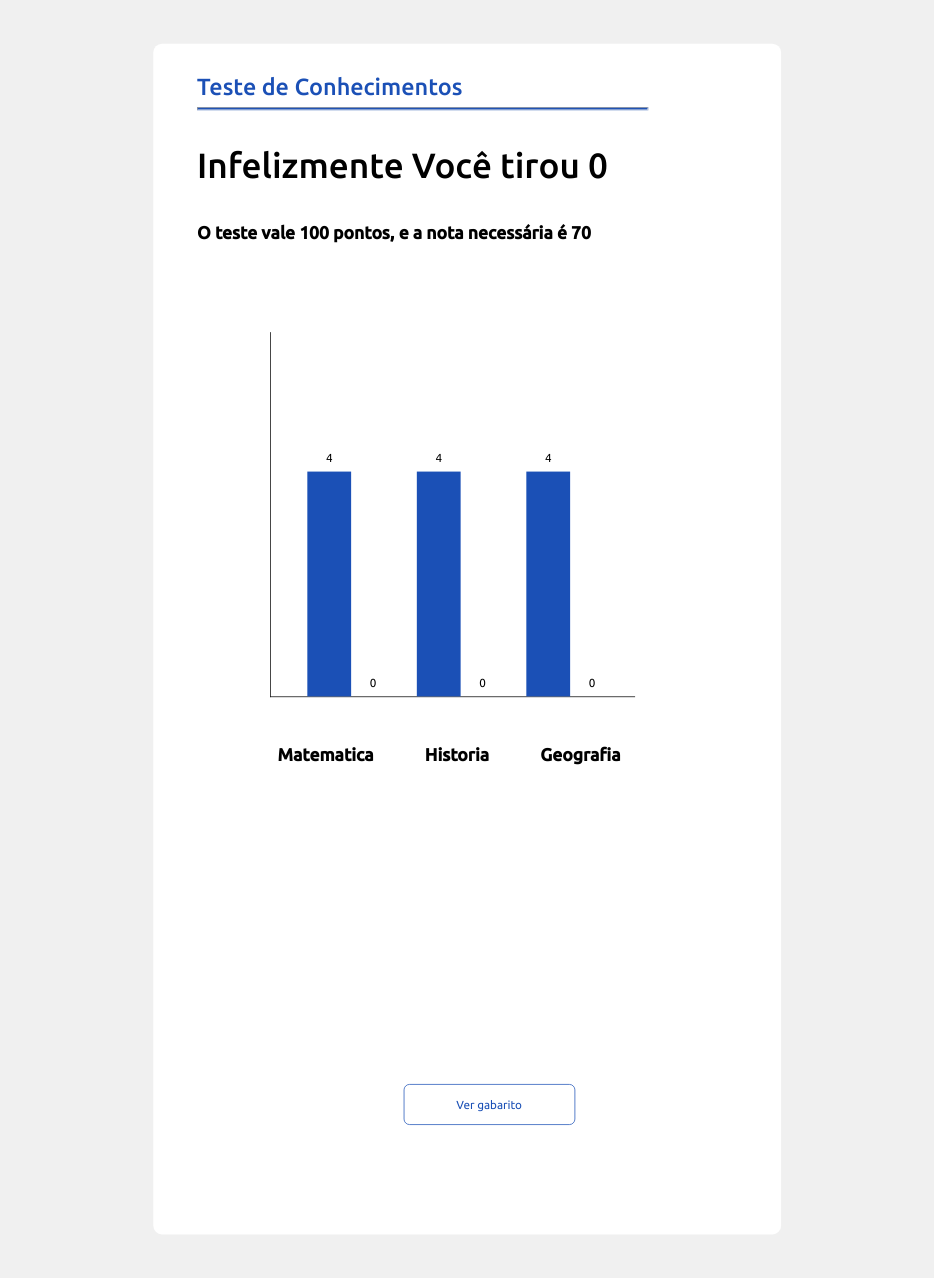
Repository: Delei09/desafioPerguntas
Page: /resultado (app in frontend/)
These files come from the project's save history. The page is drawn as it stood at one moment and after the next save; the edit follows.
The browser window is 1280 px wide. The pictures show the whole page, at 73% of full size.
The project was rebuilt for these pictures with package versions that can differ from the ones it lists, and the page was loaded fresh each time. A package was used in the major version that the imports need, not the one package.json lists. Also part of the build but not shown: frontend/src/styles/home.scss, frontend/src/page/Home.tsx, frontend/src/styles/gabarito.scss, frontend/src/page/Gabarito.tsx.

Above is the page before, as saved 2021-08-19 16:09:14.

After the next save:
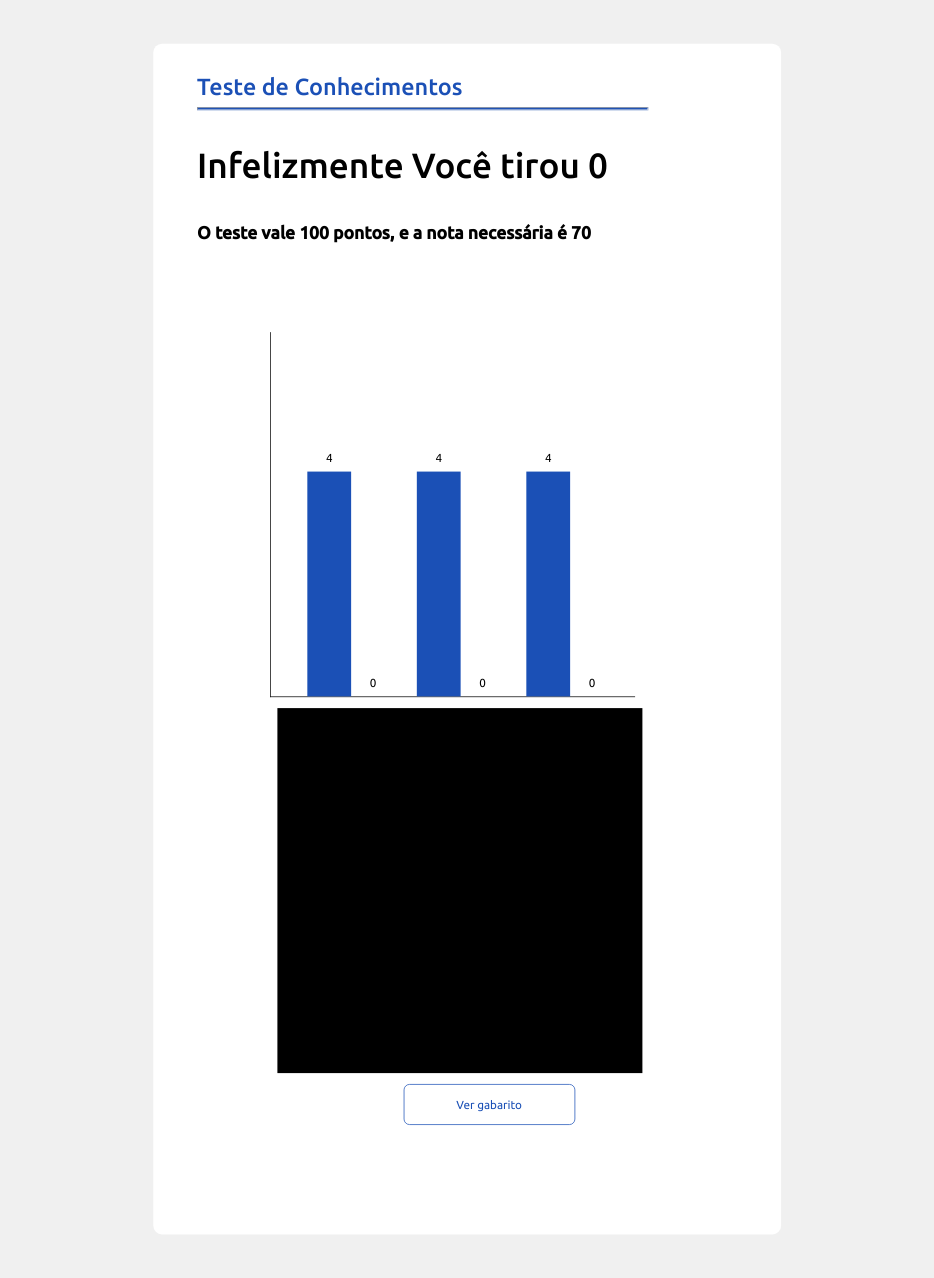
Saved 51 s later.
--- a/frontend/src/styles/resultado.scss
+++ b/frontend/src/styles/resultado.scss
@@ -69,4 +69,6 @@
   height: 500px;
   margin-left: 110px;
   gap: 70px;
+  background: #000000;
+
 }

After the save that followed:
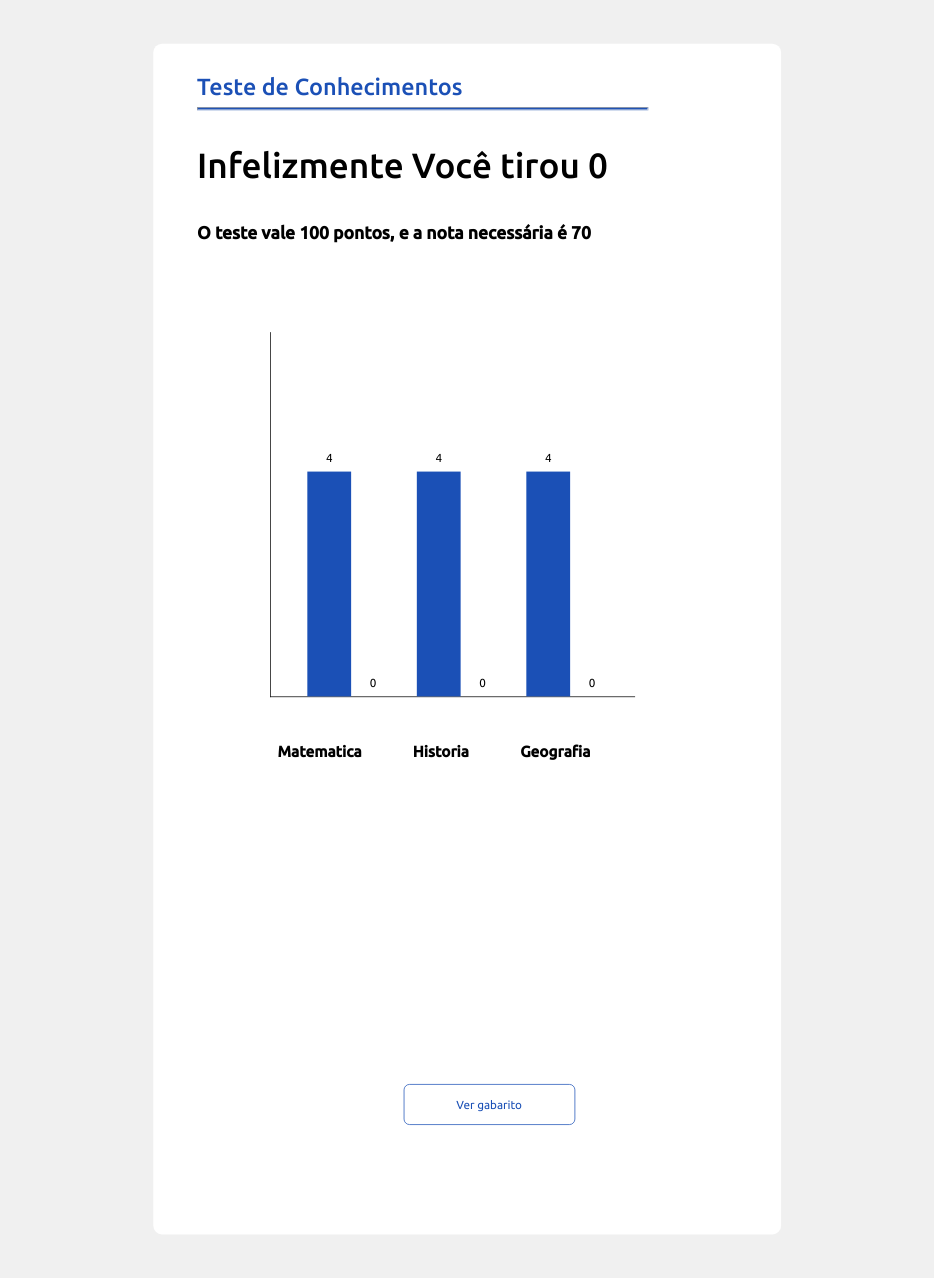
Saved 24 s later.
--- a/frontend/src/styles/resultado.scss
+++ b/frontend/src/styles/resultado.scss
@@ -69,6 +69,14 @@
   height: 500px;
   margin-left: 110px;
   gap: 70px;
-  background: #000000;
+  color: #000000;
+  font-family: Ubuntu;
+  font-size: 14px;
+  font-style: normal;
+  font-weight: 400;
+  line-height: 16px;
+  letter-spacing: 0em;
+  text-align: left;
+
 
 }
